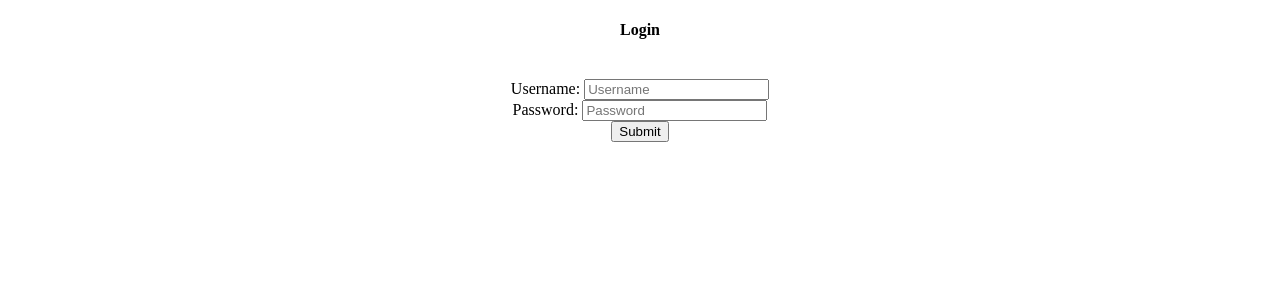
Repository: sowmini-nats/git-spring-project
Page: eclipse-workspace-servlet/MyDemoP/src/main/webapp/LoginPage.html
These files come from the project's save history. The page is drawn as it stood at one moment and after the next save; the edit follows.
The browser window is 1280 px wide. The pictures show the whole page.

Above is the page before, as saved 2023-10-14 13:20:40.

After the next save:
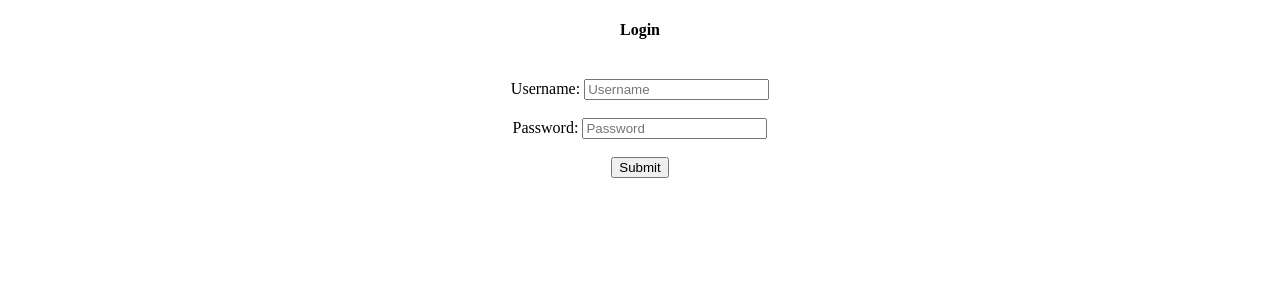
Saved 46 s later.
--- a/eclipse-workspace-servlet/MyDemoP/src/main/webapp/LoginPage.html
+++ b/eclipse-workspace-servlet/MyDemoP/src/main/webapp/LoginPage.html
@@ -2,14 +2,14 @@
 <html>
 <head>
 <meta charset="ISO-8859-1">
-<title>Insert title here</title>
+<title>Login Page</title>
 </head>
 <body>
 	<center><h4>Login</h4>
 	<br/>
 	<form action="" method="get">
-		Username: <input type="text" placeholder="Username" name="username"/><br/>
-		Password: <input type="password" placeholder="Password" name="password"/><br/>
+		Username: <input type="text" placeholder="Username" name="username"/><br/><br/>
+		Password: <input type="password" placeholder="Password" name="password"/><br/><br/>
 		<input type="button" value="Submit"/>
 	</form>
 	</center>
